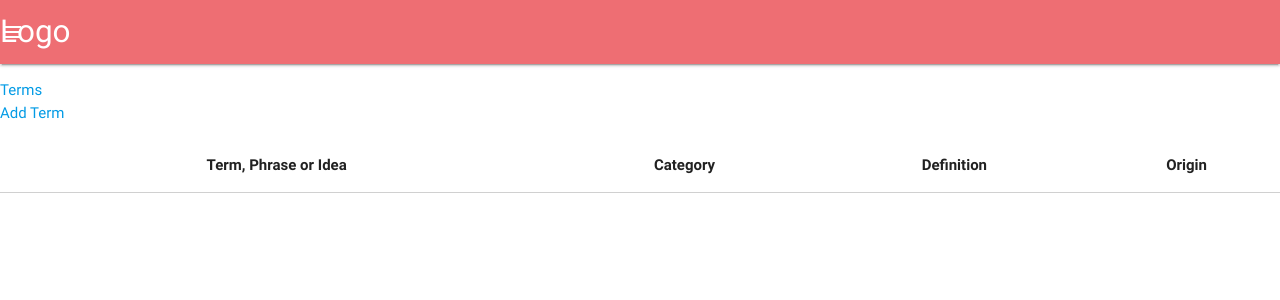
Repository: kalkiboru111/irish-dictionary-of-received-ideas
Page: http://localhost/get_terms
The author's editor kept a record of every edit. The page is drawn from the files as they stood at one moment, then again after the next edit.
The browser window is 1280 px wide. The pictures show the whole page.
Some web libraries are served in a nearby version. The page is served by the project's application, run on Flask 3 (app.py). Queries for data that is not in the repository find no rows.

Above is the page before.
Console error: TypeError: $(...).sidenav is not a function

### templates/terms.html

{% extends 'base.html' %}
{% block content %}

    <table class="highlight centered responsive-table">
        <thead>
          <tr>
              <th>Term, Phrase or Idea</th>
              <th>Category</th>
              <th>Definition</th>
              <th>Origin</th>
          </tr>
        </thead>
        <tbody>
        {% for term in terms %}
          <tr>
            <td>{{term.term_name}}</td>
            <td>{{term.term_category}}</td>
            <td>{{term.term_definition}}</td>
            <td>{{term.term_origin}}</td>
          </tr>
         {% endfor %}
        </tbody>
    </table>

{% endblock %}

### templates/base.html
<!DOCTYPE html>
<html>

<head>
    <link href="https://fonts.googleapis.com/icon?family=Material+Icons" rel="stylesheet">
    <link rel="stylesheet" href="https://cdnjs.cloudflare.com/ajax/libs/materialize/0.100.2/css/materialize.min.css">
    <link rel="stylesheet" href="{{url_for('static', filename='css/style.css')}}" type="text/css" />
</head>

<body>
    <nav>
        <div class="nav-wrapper">
            <a href="#!" class="brand-logo">Logo</a>
            <a href="#" data-target="mobile-demo" class="sidenav-trigger"><i class="material-icons">menu</i></a>

            <ul class="right hide-on-med-and-down">
                <li><a href="terms.html">Terms</a></li>
                <li><a href="add_term.html">Add Term</a></li>
            </ul>
        </div>
    </nav>
    <ul class="sidenav" id="mobile-demo">
        <li><a href="terms.html">Terms</a></li>
        <li><a href="add_term.html">Add Term</a></li>
    </ul>

    {% block content %} {% endblock %}
    <script src="https://cdnjs.cloudflare.com/ajax/libs/jquery/3.2.1/jquery.min.js"></script>
    <script src="https://cdnjs.cloudflare.com/ajax/libs/materialize/0.100.2/js/materialize.min.js"></script>

    <script type="text/javascript">
        $(document).ready(function() {
            $('.sidenav').sidenav();
            $('select').formSelect();
        });
    </script>
</body>

</html>

### app.py
import os
from flask import Flask, render_template, redirect, request, url_for
from flask_pymongo import PyMongo
from bson.objectid import ObjectId

app = Flask(__name__)

app.config['MONGO_DBNAME'] = 'irish_dictionary'
app.config["MONGO_URI"] = os.getenv("MONGO_URI")

mongo = PyMongo(app)

@app.route('/')

# View directs user to terms page
@app.route('/get_terms')
def get_terms():
    return render_template("terms.html", terms=mongo.db.terms.find())

@app.route('/add_task')
def add_term():
    return render_template("add_task.html")

if __name__ == '__main__':
    app.run(host=os.environ.get('IP'),
            port=int(os.environ.get('PORT')),
            debug=True)

### static/css/style.css
/* body {
    background-color: red;
} */

After the next edit:
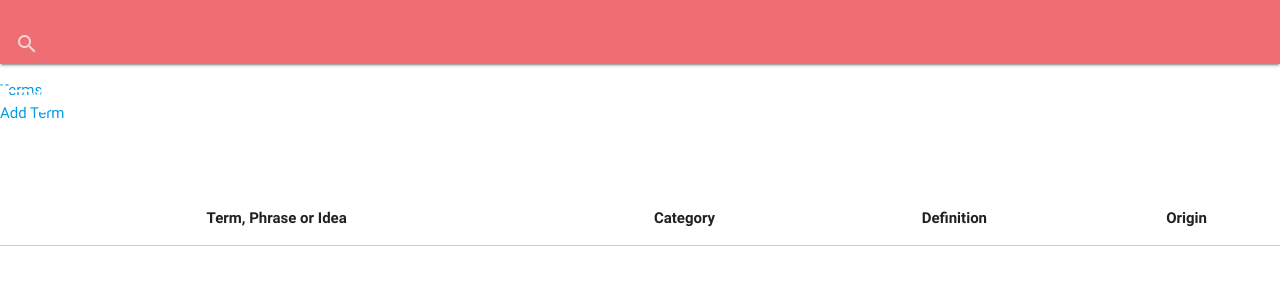
The edit:
--- a/templates/base.html
+++ b/templates/base.html
@@ -10,6 +10,13 @@
 <body>
     <nav>
         <div class="nav-wrapper">
+            <form>
+                <div class="input-field">
+                    <input id="search" type="search" required>
+                    <label class="label-icon" for="search"><i class="material-icons">search</i></label>
+                    <i class="material-icons">close</i>
+                </div>
+            </form>
             <a href="#!" class="brand-logo">Logo</a>
             <a href="#" data-target="mobile-demo" class="sidenav-trigger"><i class="material-icons">menu</i></a>
 
